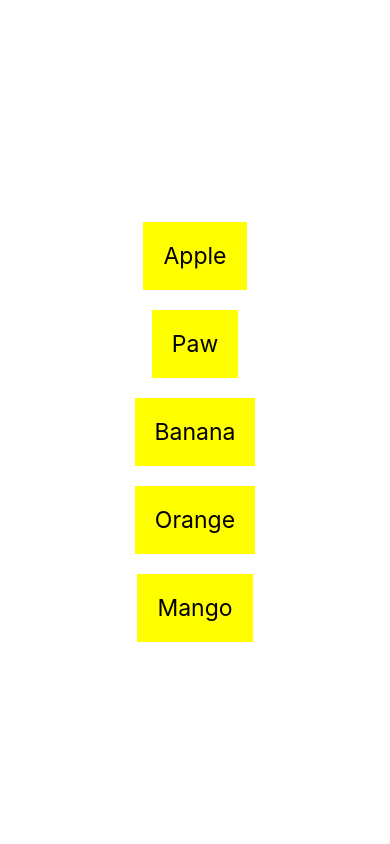
Repository: akinmiday/ReactNativeApp
Screen: /
These files come from the project's save history. The screen is drawn as it stood at one moment and after the next save; the edit follows.
The app was drawn by React Native's web renderer in a window 390 px wide. The project was rebuilt for these pictures with package versions that can differ from the ones it lists, and the page was loaded fresh each time.

Above is the screen before, as saved 2023-08-03 08:01:01.

### App.js
import { StatusBar } from "expo-status-bar";
import { useState } from "react";
import { StyleSheet, View, Text } from "react-native";

export default function App() {
  const [fruit, setFruit] = useState([
    { name: "Apple", key: "1" },
    { name: "Paw", key: "2" },
    { name: "Banana", key: "3" },
    { name: "Orange", key: "4" },
    { name: "Mango", key: "5" },
  ]);
  return (
    <View style={styles.container}>
      {fruit.map((fruits) => {
        return (
          <View key={fruits.key}>
            <Text style={styles.fruits}>{fruits.name}</Text>
          </View>
        );
      })}
    </View>
  );
}

const styles = StyleSheet.create({
  container: {
    flex: 1,
    backgroundColor: "#fff",
    alignItems: "center",
    justifyContent: "center",
  },
  fruits: {
    fontSize: 23,
    backgroundColor: "yellow",
    marginTop: 20,
    padding: 20,
  },
});

After the next save:
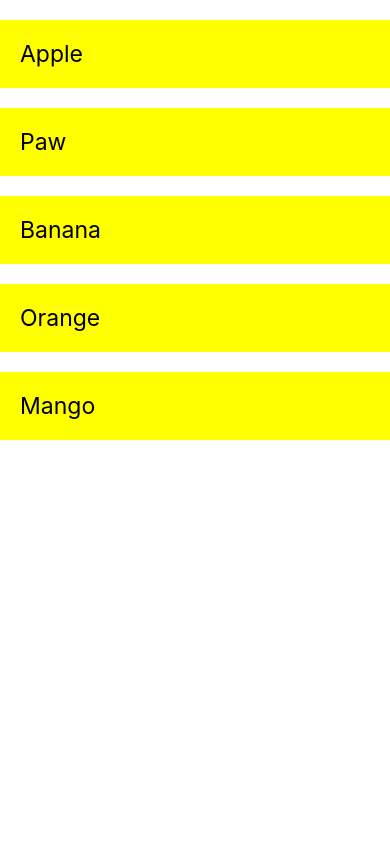
Saved 23 s later.
--- a/App.js
+++ b/App.js
@@ -27,8 +27,8 @@ const styles = StyleSheet.create({
   container: {
     flex: 1,
     backgroundColor: "#fff",
-    alignItems: "center",
-    justifyContent: "center",
+    // alignItems: "center",
+    // justifyContent: "center",
   },
   fruits: {
     fontSize: 23,
